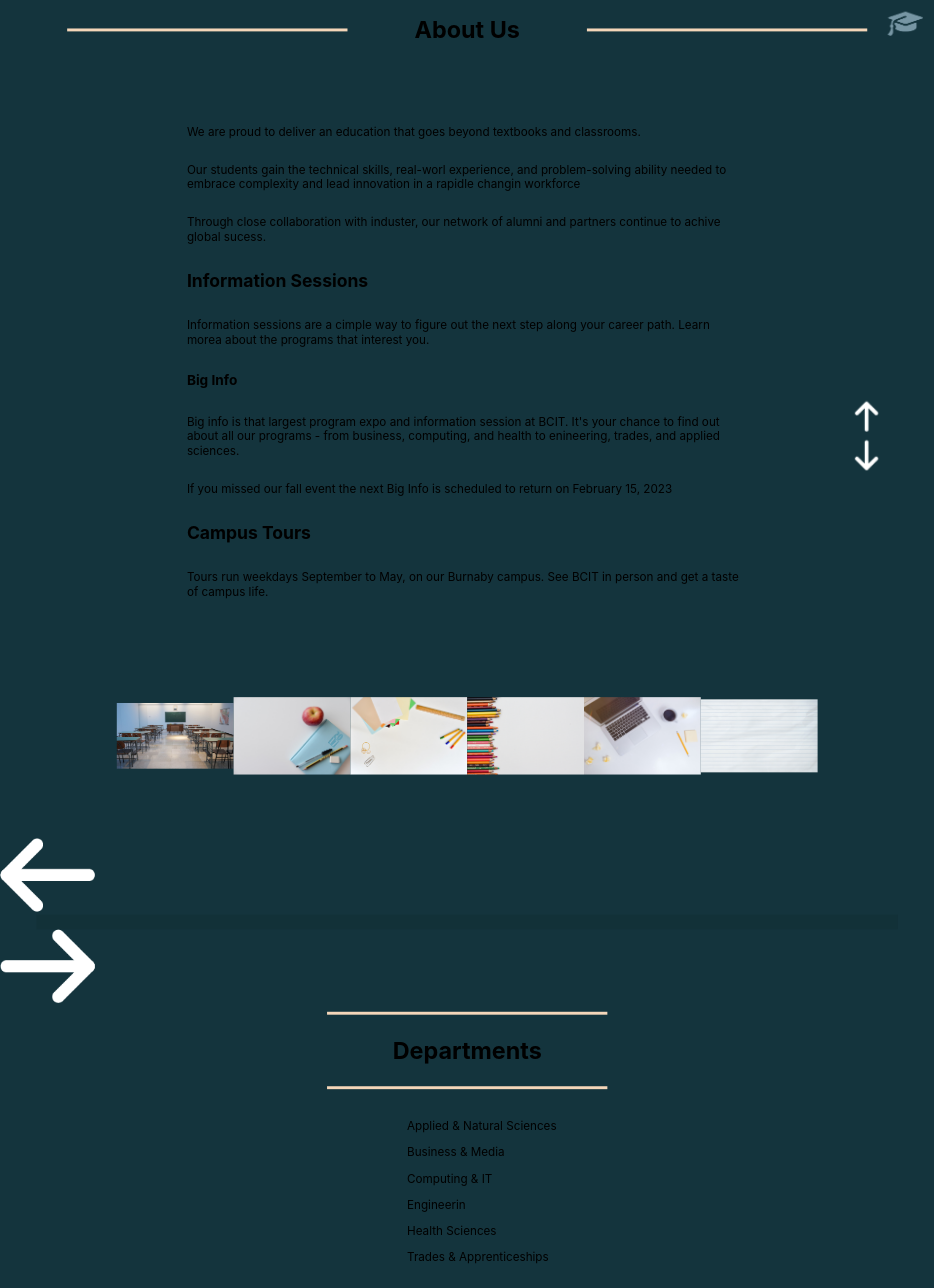
Repository: SaraShio/A01314209_Sara_Shiojima
Page: /about
The author's editor kept a copy of each file at every save. The page is drawn from the files as they stood at one save, then again after the next save.
The browser window is 1280 px wide. The pictures show the whole page, at 73% of full size.
The project was rebuilt for these pictures with package versions that can differ from the ones it lists, and the page was loaded fresh each time. The framework's server and built-in components were replaced by stand-ins that run in the browser. Also part of the build but not shown: next.config.js.

Above is the page before, as saved 2023-02-08 22:30:49.

### pages/_app.js
import '../styles/globals.css'
import '../styles/variables.css'


function MyApp({ Component, pageProps }) {
  return <Component {...pageProps} />
}

export default MyApp

### pages/about.js
import Head from 'next/head'
import Image from 'next/image'
import styles from '../styles/About.module.css'
import Link from 'next/link'
import Arrow from '../components/Arrow'
import Navbar from '../components/Navbar'

export default function About() {
    return (
        <>
            <head>
                <title>About Us</title>
                <meta name="author" content="MDIA 2109" />
                <meta property="og:title" content="Assignment #1 - About Us Page" />
                <meta property="og:description" content="BCIT Digital Design and Development Diploma" />
                <link rel="icon" href='/favicon.png' />
            </head>

            <main className={styles.main}>
                <Navbar/>
                <header>
                    <div className={styles.header}>
                        <hr className={styles.line}></hr>
                        <h1>About Us</h1>
                        <hr className={styles.line}></hr>
                    </div>
                </header>
                <div className={styles.information}>
                    <div><p>We are proud to deliver an education that goes beyond textbooks and classrooms.</p></div>
                    <div><p>Our students gain the technical skills, real-worl experience, and problem-solving ability needed to embrace complexity and lead innovation in a rapidle changin workforce</p></div>
                    <div><p>Through close collaboration with induster, our network of alumni and partners continue to achive global sucess. </p></div>

                    <div><h2  >Information Sessions</h2></div>
                    <div><p>Information sessions are a cimple way to figure out the next step along your career path. Learn morea about the programs that interest you.</p></div>
                    <div><h3  >Big Info</h3></div>
                    <div><p>Big info is that largest program expo and information session at BCIT. It's  your chance to find out about all our programs - from business, computing, and health to enineering, trades, and applied sciences.</p></div>
                    <div><p  >If you missed our fall event the next Big Info is scheduled to return on February 15, 2023</p></div>
                    <div><h2  >Campus Tours</h2></div>

                    <div><p>Tours run weekdays September to May, on our Burnaby campus. See BCIT in person and get a taste of campus life.</p></div>
                </div>

                <div id="carouselImage" className={styles.carouselImage}>
                    <img className={styles.carousel} src={"carousel-images/0.jpg"} />
                    <img className={styles.carousel} src={"carousel-images/1.jpg"} />
                    <img className={styles.carousel} src={"carousel-images/2.jpg"} />
                    <img className={styles.carousel} src={"carousel-images/3.jpg"} />
                    <img className={styles.carousel} src={"carousel-images/4.jpg"} />
                    <img className={styles.carousel} src={"carousel-images/5.jpg"} />
                </div>

                <div>
                    <img src={'icons/leftArrow.png'} />
                    <div id="testOnImageHere" className={styles.testOnImageHere}></div>
                    <img src={'icons/rightArrow.png'} />
                </div>


                <div className={styles.departments}>
                        <hr className={styles.line}></hr>
                        <h1>Departments</h1>
                        <hr className={styles.line}></hr>

                    <ul className={styles.departmentName}>
                        <li>Applied & Natural Sciences</li>
                        <li>Business & Media</li>
                        <li>Computing & IT</li>
                        <li>Engineerin</li>
                        <li>Health Sciences</li>
                        <li>Trades & Apprenticeships</li>
                    </ul>
                    </div>
                <Arrow page="About" />

            </main>
        </>
    )
}

### styles/variables.css
:root{
    --primary-color: #fff;
    --beige: #f4d6b9;
    --ternary-color: #7796A4;
    --teal: #14343d;
    --quinary-color: rgba(16,46,53,0.5);
    }

### styles/About.module.css
.main{
    background-color: var(--teal);
}

.carouselImage{
    height: 200px;
    background-repeat: no-repeat;
    background-size: cover;
    display: flex;
    justify-content: center;
    align-items: center;
    margin: 40px 0px;
}

.carousel{
width: 10rem;
}

.testOnImageHere{
    background-color: rgba(16, 46, 53, 0.5);
    padding: 10px;
    margin: 0px 50px;
}

.header{
display: flex;
justify-content: center;
align-items: center;
}

.line{
    width: 30%;
    height: 0.25rem;
    background-color: var(--beige);
    border: none;
}

.information{
    margin: 10vh 20vw;
    display: flex;
    justify-content: center;
    flex-direction: column;
}


.departments{
    display: flex;
    flex-direction: column;
    align-items: center;
    justify-content: center;
}

.departmentName>li{
    list-style: none;
    margin: 1rem;
}

### components/Arrow/index.js
import styles from './Arrow.module.css'

export default function Arrow({
    page = "home",
}) {
    return (

        page.toLowerCase() === "home" ?
            <div className={styles.arrow}><a><span><img src={'icons/downwardArrow.png'} /></span></a>
            </div> :
            page.toLowerCase() === "about" ?
                <div className={styles.arrow}><a><span><img src={'icons/upwardArrow.png'} /></span></a>
                    <a><span><img src={'icons/downwardArrow.png'} /></span></a>
                </div> :
                page.toLowerCase() === "contact" ?
                    <div className={styles.arrow}><a href="/about"><span><img src={'icons/upwardArrow.png'} /></span></a>
                    </div> :
                    <div className={styles.arrow}><a href="/"><span><img src={'icons/downwardArrow.png'} /></span></a>
                    </div>
    )
}

### components/Navbar/index.js
import styles from './Navbar.module.css'


export default function Navbar() {

    return (
        <>
            <nav className={styles.navbar}>
                <img className={styles.nav_icon} src={'icons/graduation-hat.png'}></img>
            </nav>
        </>
    )
}

### components/Arrow/Arrow.module.css
.arrow{
    bottom:10vh;
    right: 6vw;
    display: flex;
    flex-direction: column;
    position: fixed;
    gap: 0.5rem;
}


.arrow > a > span > img{
    width: 2rem;
}

### components/Navbar/Navbar.module.css
.navbar{
    display: flex;
    position: relative;
}

.nav_icon{
    width: 3rem;
    top: 1rem;
    right: 1rem;
    position: absolute;
}

Loaded but not shown: styles/globals.css (common file)

After the next save:
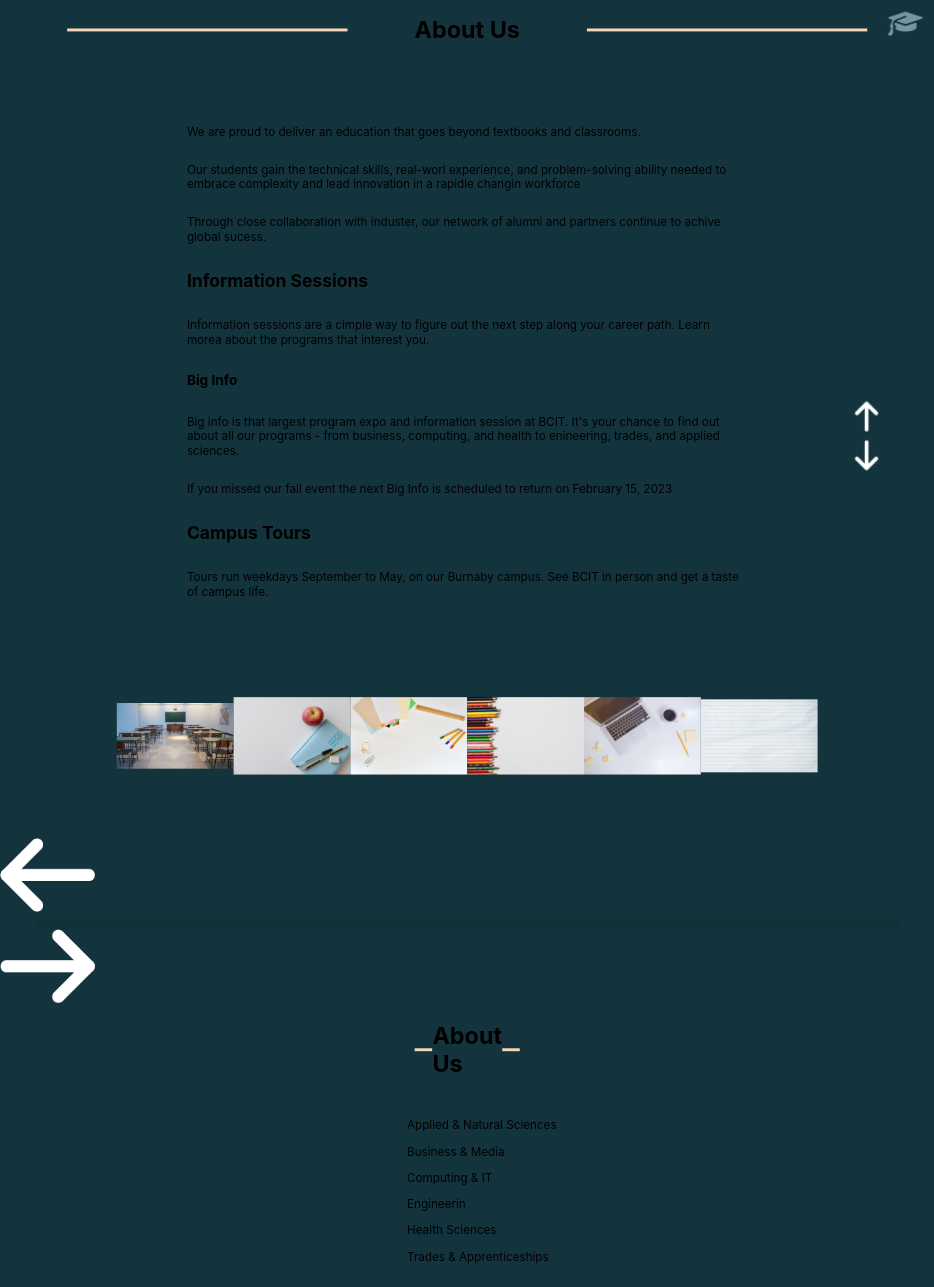
Saved 2 min 3 s later.
--- a/pages/about.js
+++ b/pages/about.js
@@ -57,9 +57,13 @@
 
 
                 <div className={styles.departments}>
+                <header>
+                    <div className={styles.header}>
                         <hr className={styles.line}></hr>
-                        <h1>Departments</h1>
+                        <h1>About Us</h1>
                         <hr className={styles.line}></hr>
+                    </div>
+                </header>
 
                     <ul className={styles.departmentName}>
                         <li>Applied & Natural Sciences</li>
